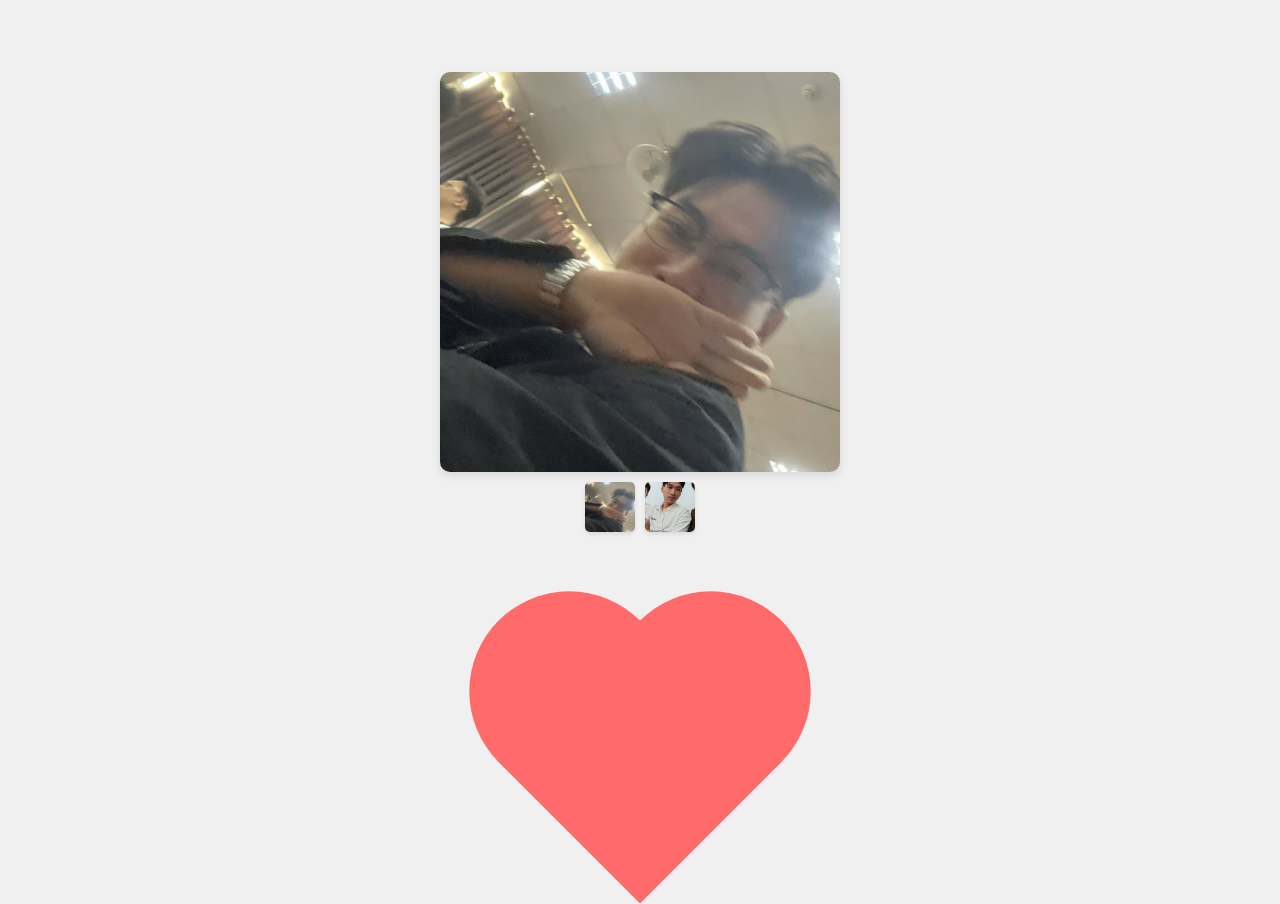
Repository: Thonghehe/profile
Page: index.html
These files come from the project's save history. The page is drawn as it stood at one moment and after the next save; the edit follows.
The browser window is 1280 px wide. The pictures show the whole page.

Above is the page before, as saved 2024-11-15 13:50:06.

After the next save:
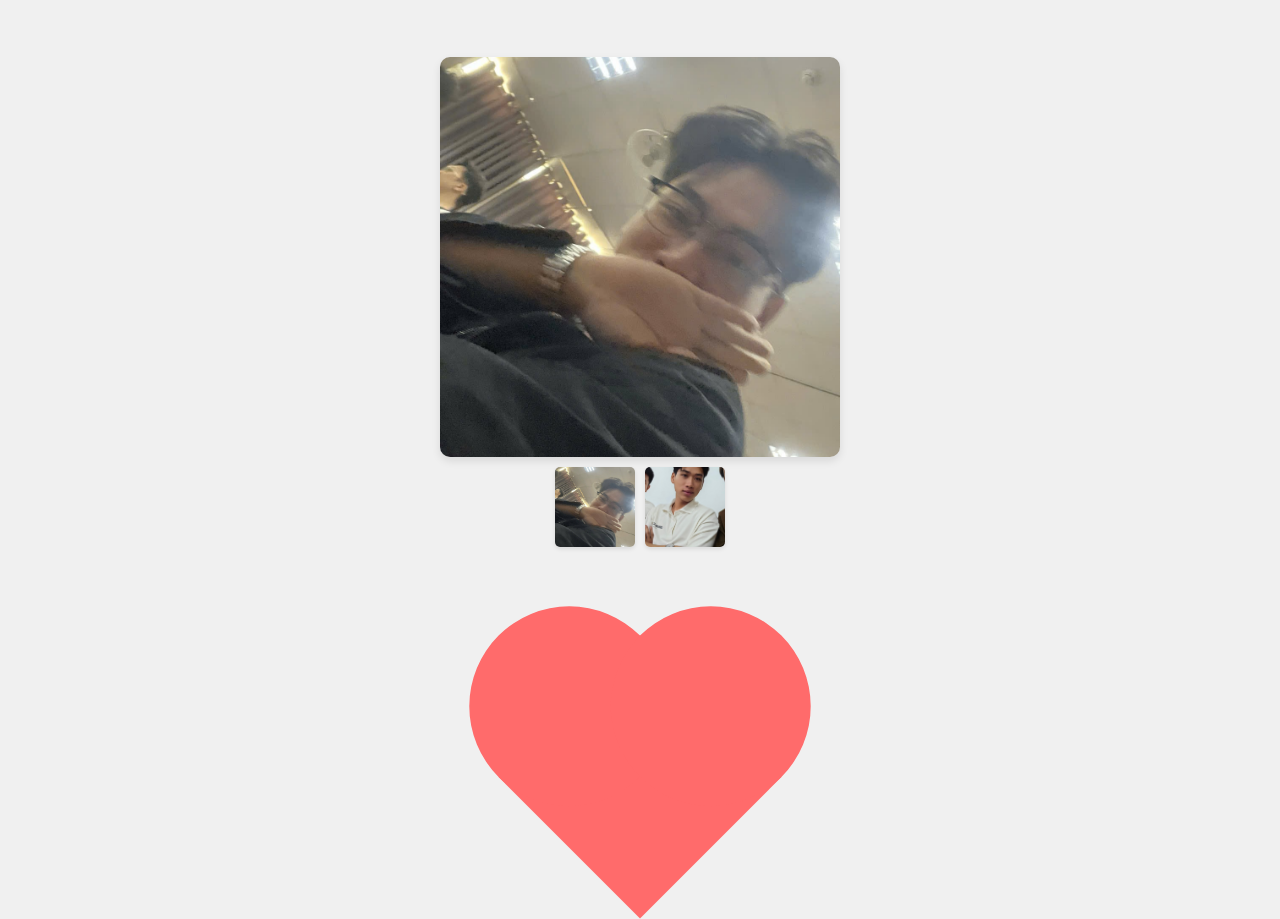
Saved 14 s later.
--- a/style.css
+++ b/style.css
@@ -89,8 +89,8 @@ p {
 }
 
 .thumbnail {
-    width: 50px;
-    height: 50px;
+    width: 80px;
+    height: 80px;
     object-fit: cover;
     border-radius: 5px;
     cursor: pointer;
